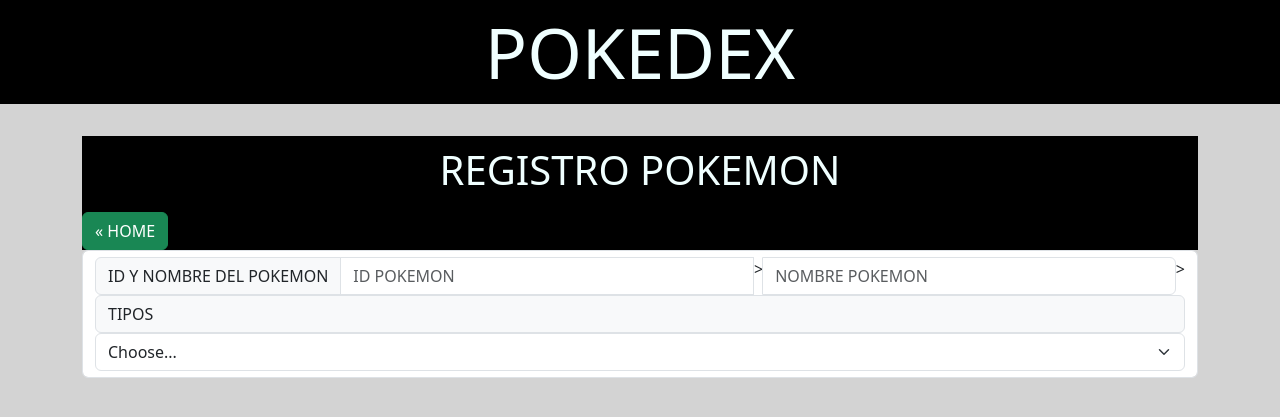
Repository: Edi521/Paginas-web-con-thymeleaf
Page: http://localhost/registro
These files come from the project's save history. The page is drawn as it stood at one moment and after the next save; the edit follows.
The browser window is 1280 px wide. The pictures show the whole page.
The page is this project's Thymeleaf template; nobody is signed in. The template is opened directly, without the code that normally fills it, so the values that code supplies are empty.

Above is the page before, as saved 2024-11-27 00:17:59.

After the next save:
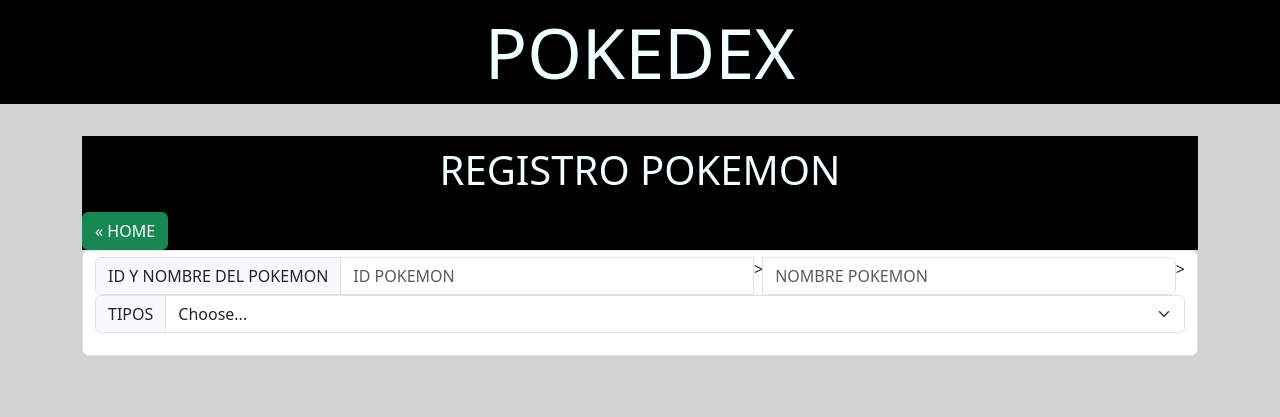
Saved 69 s later.
--- a/Pokedex/src/main/resources/templates/registro.html
+++ b/Pokedex/src/main/resources/templates/registro.html
@@ -29,13 +29,18 @@
 					  <input type="number" name="id" min="1" placeholder="ID POKEMON" class="form-control" required>>
 					  <input type="text" name="nombre" placeholder="NOMBRE POKEMON"  class="form-control" required>>
 					</div>
-					<label class="input-group-text" for="inputGroupSelect01">TIPOS</label>
+
+
+					<div class="input-group mb-3">
+					  <label class="input-group-text" for="inputGroupSelect01">TIPOS</label>
 					  <select class="form-select" id="inputGroupSelect01" name="tipo" required>
 					    <option selected>Choose...</option>
 					    <option value="1">One</option>
 					    <option value="2">Two</option>
 					    <option value="3">Three</option>
 					  </select>
+					</div>
+
 				</form>
 			</div>
 
